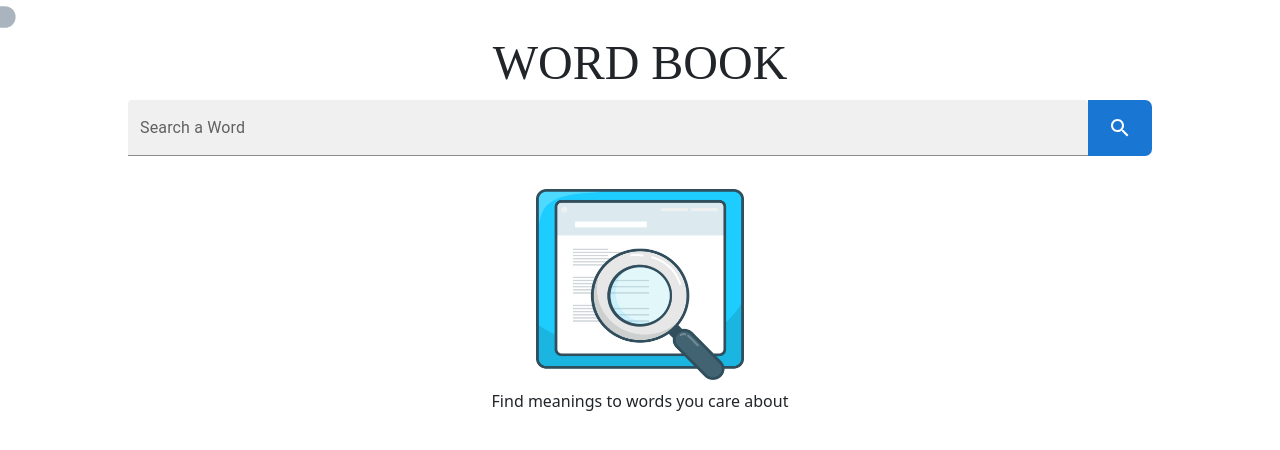
Repository: marveldev/my-dictionary
Page: /
These files come from the project's save history. The page is drawn as it stood at one moment and after the next save; the edit follows.
The browser window is 1280 px wide. The pictures show the whole page.
The project was rebuilt for these pictures with package versions that can differ from the ones it lists, and the page was loaded fresh each time. Also part of the build but not shown: src/components/themeSwitcher/MUISwitch.jsx.

Above is the page before, as saved 2022-05-29 18:00:31.

After the next save:
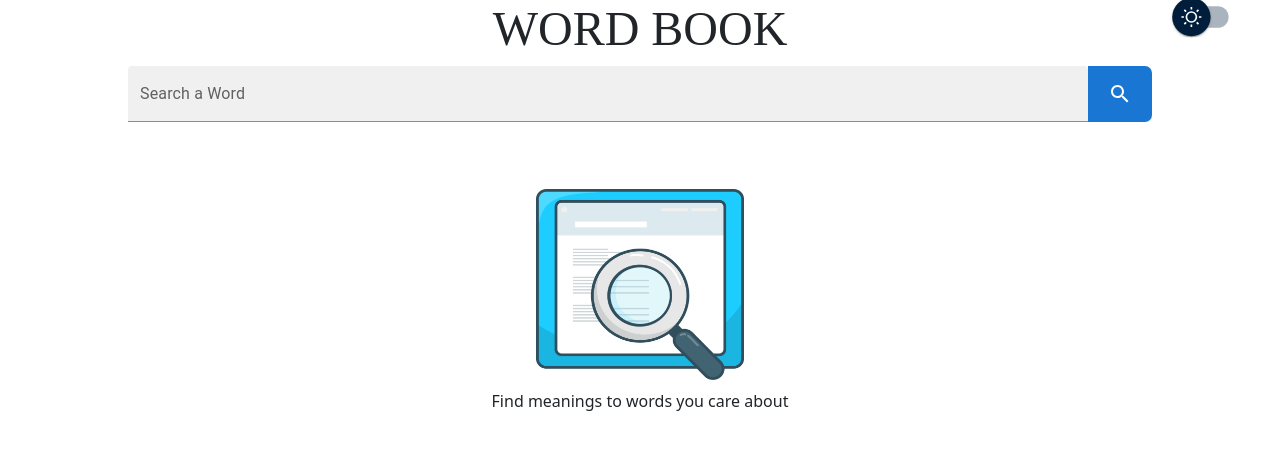
Saved 15 s later.
--- a/src/index.css
+++ b/src/index.css
@@ -14,11 +14,8 @@ body {
 }
 
 .theme-switcher {
-  display: inline-flex;
-  margin: 0 0 0 auto;
-  position: relative;
+  position: absolute;
   right: 2em;
-  /* float: right; */
 }
 
 .top-column {
